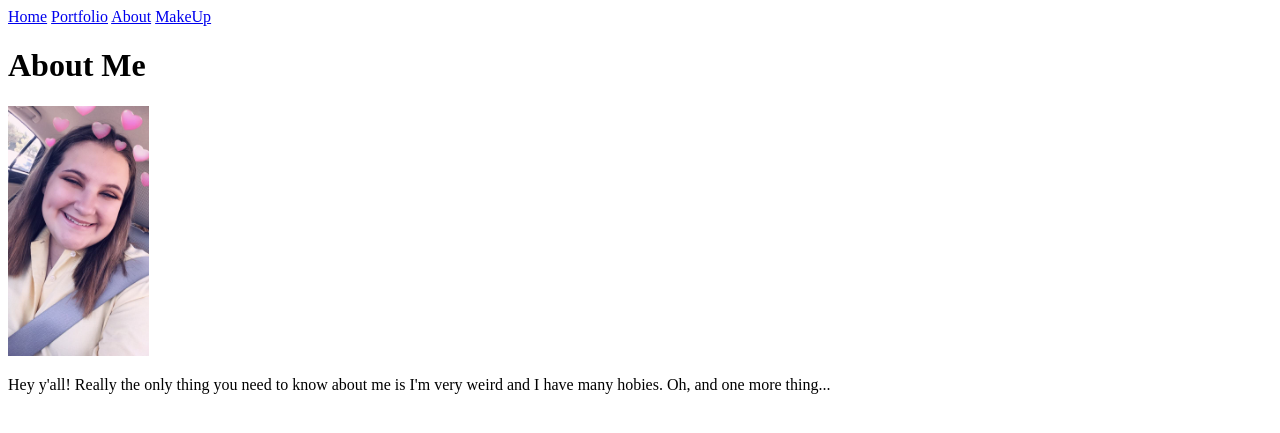
Repository: EMcmurray1862/emcmurray1862.github.io
Page: my_website/about.html
The author's editor kept a record of every edit. The page is drawn from the files as they stood at one moment, then again after the next edit.
The browser window is 1280 px wide. The pictures show the whole page.

Above is the page before.

### my_website/about.html
<!doctype html>
	<html lang="en">
	  <head>
	    <meta charset="utf-8">
	    <title>About</title>
	  </head>
	  <body>
    <a href="index.html">Home</a>
    <a href="portfolio.html">Portfolio</a>
    <a href="about.html">About</a>
    <a href="makeup.html">MakeUp</a>
    <h1>About Me</h1>
    <img src="images/selfie.jpg" height="250">
    <br>
    <p>Hey y'all! Really the only thing you need to know about me is I'm very weird and I have many hobies. Oh, and one more thing...</p>
	  </body>
	</html>

After the next edit:
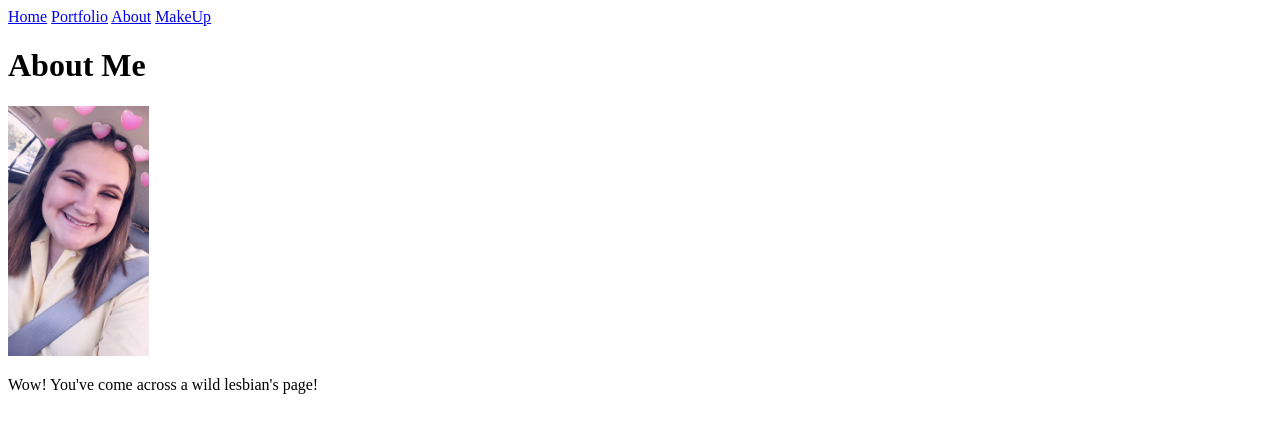
The edit:
--- a/my_website/about.html
+++ b/my_website/about.html
@@ -12,6 +12,6 @@
     <h1>About Me</h1>
     <img src="images/selfie.jpg" height="250">
     <br>
-    <p>Hey y'all! Really the only thing you need to know about me is I'm very weird and I have many hobies. Oh, and one more thing...</p>
+    <p>Wow! You've come across a wild lesbian's page!</p>
 	  </body>
 	</html>
